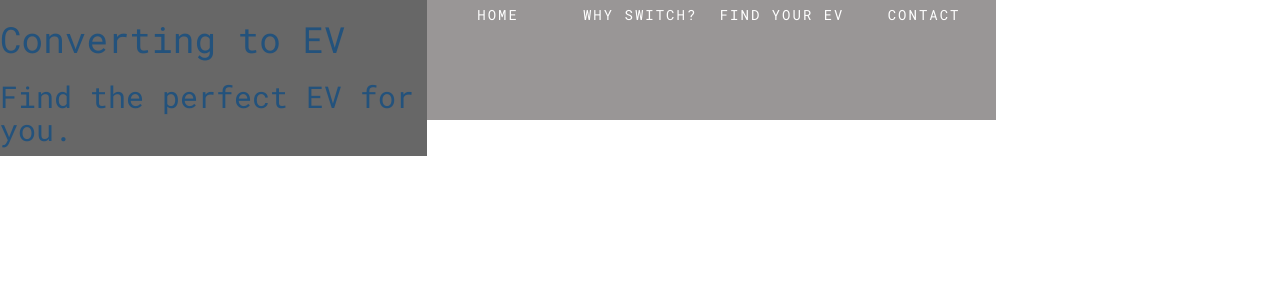
Repository: gnisco/2nd-project
Page: index.html
The author's editor kept a record of every edit. The page is drawn from the files as they stood at one moment, then again after the next edit.
The browser window is 1280 px wide. The pictures show the whole page.
Some web libraries are served in a nearby version.

Above is the page before.

After the next edit:
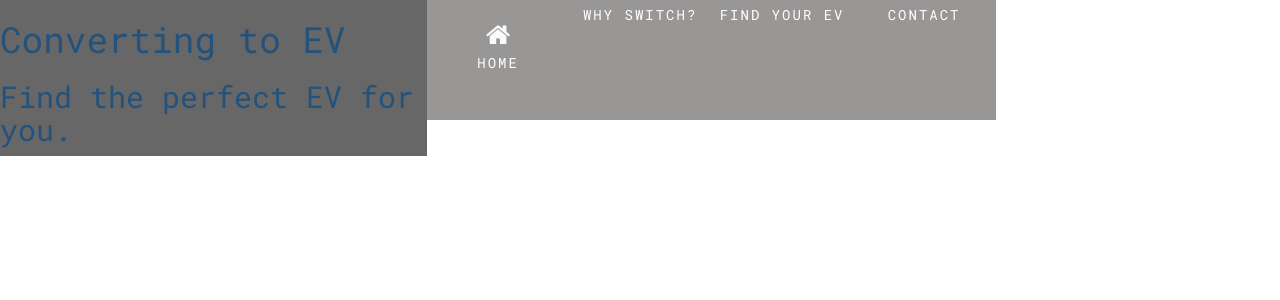
The edit:
--- a/index.html
+++ b/index.html
@@ -26,7 +26,7 @@
                 <div class="row">
                     <ul id="nav" class="list-inline clearfix">
                         <li class="col-xs-6 col-sm-2 ui-menu-color-home menuitem">
-                            <a href="index.html" class="hvr-sweep-to-top"></i><span>Home</span></a>
+                            <a href="index.html" class="hvr-sweep-to-top"><i class="fa fa-home" aria-hidden="true"></i><span>Home</span></a>
                         </li>
                         <li class="col-xs-6 col-sm-2 ui-menu-color-why-switch menuitem">
                             <a href="why-switch.html" class="hvr-sweep-to-top"><span>Why switch?</span></a>
